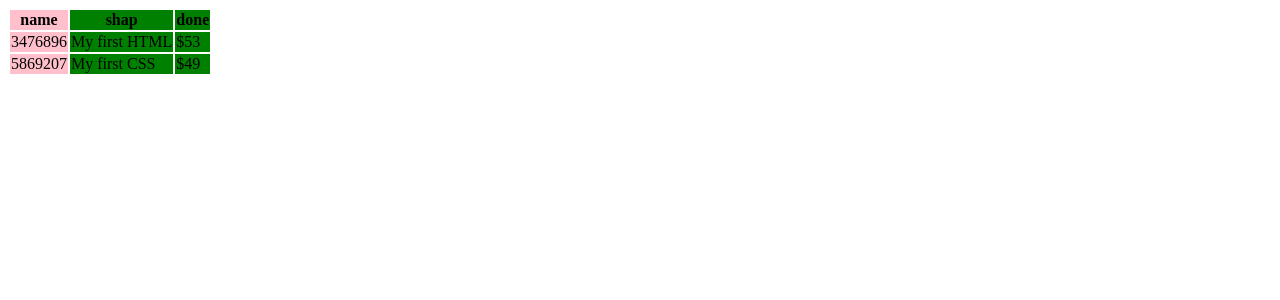
Repository: SnugHAN/eshop_real
Page: eshop_han/gg_shop/WebContent/table_test.html
An editor plug-in stored every save of this project. The page is shown before and after the next save, followed by the edit.
The browser window is 1280 px wide. The pictures show the whole page.

Above is the page before, as saved 2017-05-30 09:11:54.

### eshop_han/gg_shop/WebContent/table_test.html
<!DOCTYPE html PUBLIC "-//W3C//DTD HTML 4.01 Transitional//EN" "http://www.w3.org/TR/html4/loose.dtd">
<html>
<head>
<meta http-equiv="Content-Type" content="text/html; charset=UTF-8">
<title>Insert title here</title>
</head>
<body>
<table>
<colgroup>
<col span="1" style="background-color:pink" >
<col span="2" style="background-color:green" >
<col style="background-color:blue">

</colgroup>
<tr>
<th>name</th>
<th>shap</th>
<th>done</th>

</tr>
 <tr>
    <td>3476896</td>
    <td>My first HTML</td>
    <td>$53</td>
  </tr>
  <tr>
    <td>5869207</td>
    <td>My first CSS</td>
    <td>$49</td>
  </tr>
</table>
</body>
</html>

After the next save:
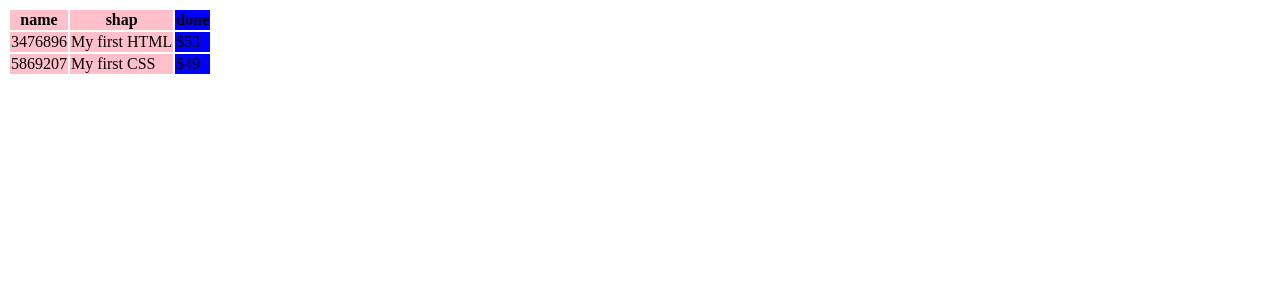
Saved 75 s later.
--- a/eshop_han/gg_shop/WebContent/table_test.html
+++ b/eshop_han/gg_shop/WebContent/table_test.html
@@ -7,8 +7,9 @@
 <body>
 <table>
 <colgroup>
-<col span="1" style="background-color:pink" >
-<col span="2" style="background-color:green" >
+<!-- 局限于两色的colgroup -->
+<col span="2" style="background-color:pink" >
+
 <col style="background-color:blue">
 
 </colgroup>
